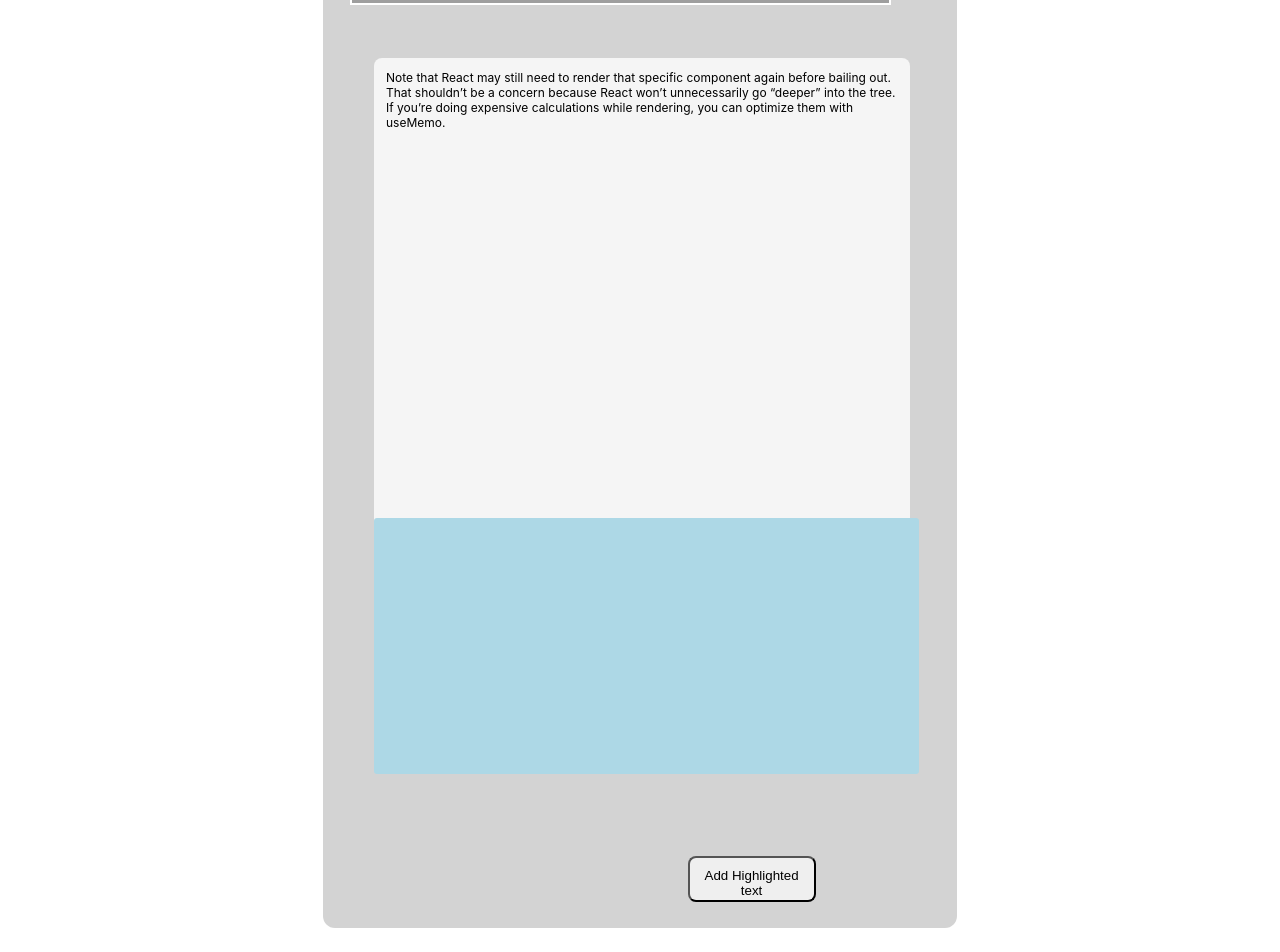
Repository: Farbod29/React-text-highlighter-with-hook-
Page: /
These files come from the project's save history. The page is drawn as it stood at one moment and after the next save; the edit follows.
The browser window is 1280 px wide. The pictures show the part of the page from y = 372 to 1324 px (the page is 1324 px tall).
Pictures or frames that could not be fetched are drawn as grey boxes. The project was rebuilt for these pictures with package versions that can differ from the ones it lists, and the page was loaded fresh each time.

Above is the page before, as saved 2022-02-18 23:25:17.

### src/App.js
import './App.css';
import Highlighter from './highlighter';
function App() {
  return (
    <div className="App">
      <Highlighter />
    </div>
  );
}

export default App;

### src/highlighter.js
import React, { useEffect, useState } from 'react';

export default function Highlighter() {
  let doit = () => {
    document.onmouseup = () => {
      console.log(window.getSelection().toString());
      return window.getSelection().toString();
    };
  };
  const [highlightedText, setHighlightedText] = useState('hello');
  return (
    <>
      {/* <button onClick={() => setCount((prevCount) => prevCount - 1)}>-</button> */}
      <div
        style={{
          padding: '0px 10px',
          height: '100vw',
          width: '48vw',
          margin: '20px',
          borderRadius: '12px',
          backgroundColor: '#D3D3D3',
          inline: true,
          fontColor: 'red',
          display: 'inline-block',
          textAlign: 'center',
          position: 'relative',
        }}
      >
        <img
          style={{
            height: '26vw',
            width: '42vw',
            position: 'absolute',
            border: '2px solid',
            borderColor: '#ffff',
            left: 27,
            top: 20,
          }}
          src="https://pfrias.couragecompanion.eu/storage/m/_v2/213604778138275840/4f8b684e5-e9314a/vlyvkRQwb3ew/u8hVvH5l5IFvha9MQyXCzPOYLo2SXG3bqIpv6vBg.png"
        ></img>
        <div
          style={{
            // textBox1
            padding: '0px 10px',
            backgroundColor: '#F5F5F5',
            height: '40vw',
            width: '40vw',
            left: '4vw',
            top: '32vw',
            borderRadius: '8px',
            position: 'absolute',
            fontSize: '12px',
            textAlign: 'left',
            padding: '12px',
          }}
        >
          Note that React may still need to render that specific component again
          before bailing out. That shouldn’t be a concern because React won’t
          unnecessarily go “deeper” into the tree. If you’re doing expensive
          calculations while rendering, you can optimize them with useMemo.
        </div>
        <div
          style={{
            // textBox 2
            padding: '0px 10px',
            backgroundColor: '#ADD8E6',
            height: '20vw',
            width: '41vw',
            left: '4vw',
            top: '68vw',
            borderRadius: '3px',
            position: 'absolute',
          }}
        >
          {doit()}
        </div>
        <div // parent of button
          style={{
            top: '500',
            position: 'absolute',
            bottom: '2vw',
            left: '22vw',
            right: '1vw',
            width: '23vw',
          }}
        >
          <button
            style={{
              padding: '10px',
              borderRadius: '8px',
              height: '46px',
              width: '128px',
            }}
            // onClick={() => setCount(12)}
          >
            {' '}
            Add Highlighted text{' '}
          </button>
        </div>
      </div>
    </>
  );
}

Loaded but not shown: public/index.html (common file); src/index.js (common file); src/index.css (common file); src/reportWebVitals.js (common file); src/App.css (common file)

After the next save:
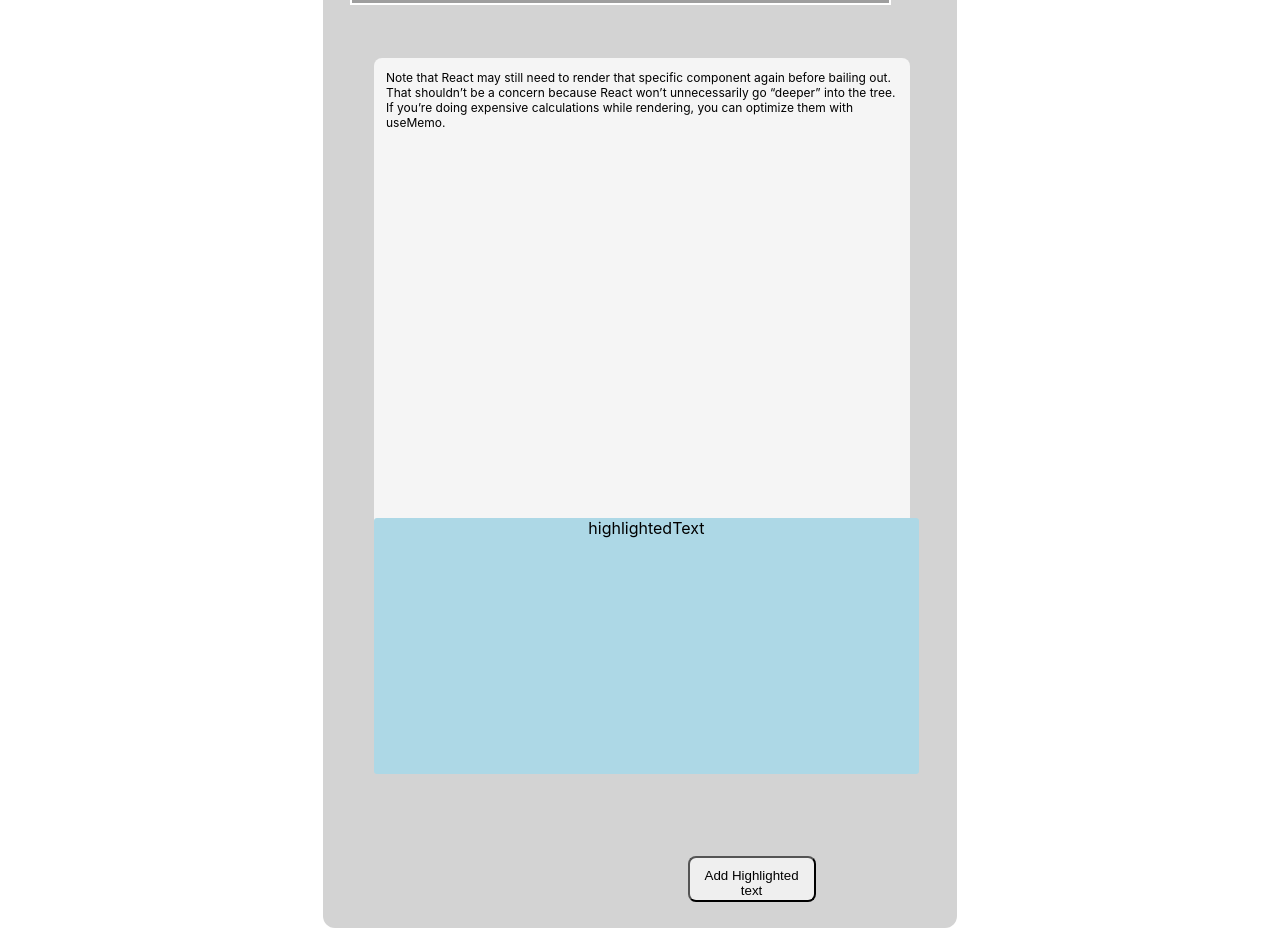
Saved 10 s later.
--- a/src/highlighter.js
+++ b/src/highlighter.js
@@ -72,7 +72,7 @@ export default function Highlighter() {
             position: 'absolute',
           }}
         >
-          {doit()}
+          highlightedText {doit()}
         </div>
         <div // parent of button
           style={{
